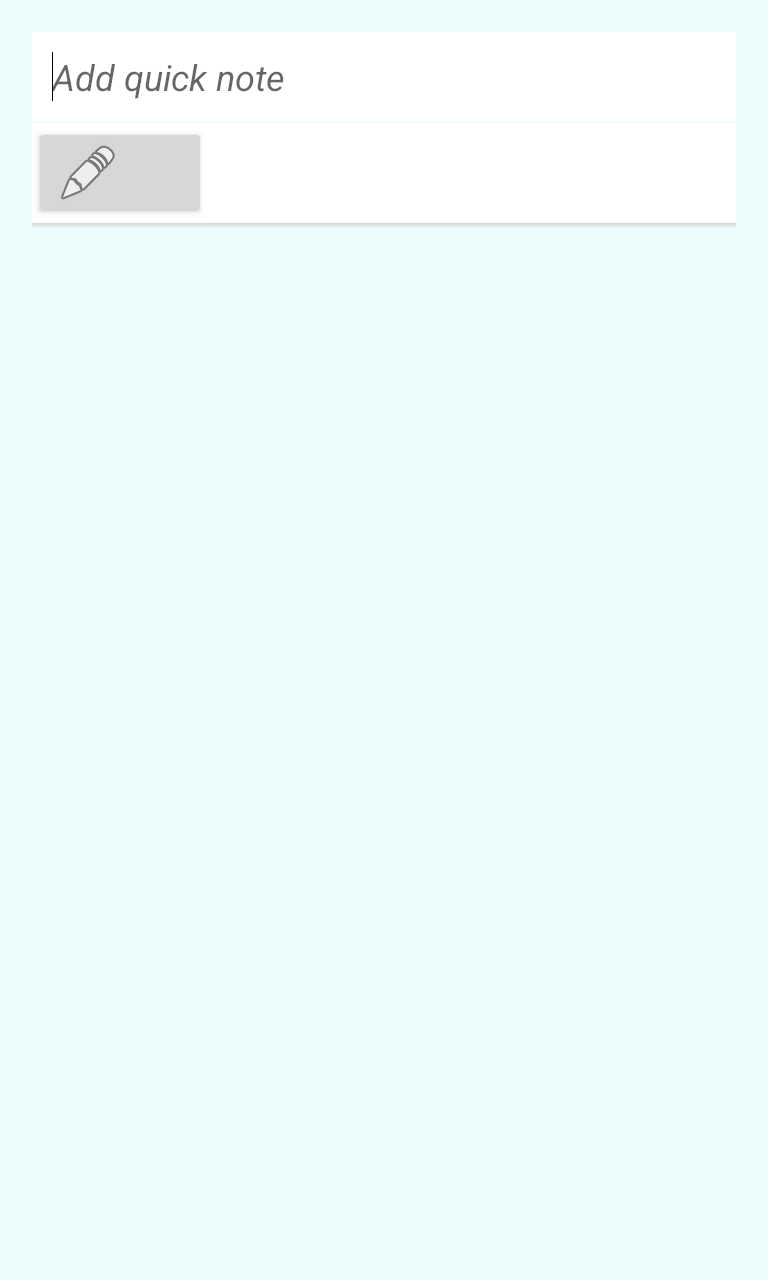
Repository: ishwormali/practices
Layout: Android/GoogleKeep/GoogleKeep/res/layout/fragment_main.xml
An editor plug-in stored every save of this project. The layout is shown before and after the next save, followed by the edit.
It is drawn on a 768 x 1280 px phone screen (xhdpi) without system bars, with theme Theme.Orangeboom; the app's code is not run. The app's manifest (not shown) leaves right-to-left support off. So textAlignment, textDirection and layoutDirection are ignored, and left and right values win over start and end ones.

Above is the layout before, as saved 2014-04-01 07:20:19.

After the next save:
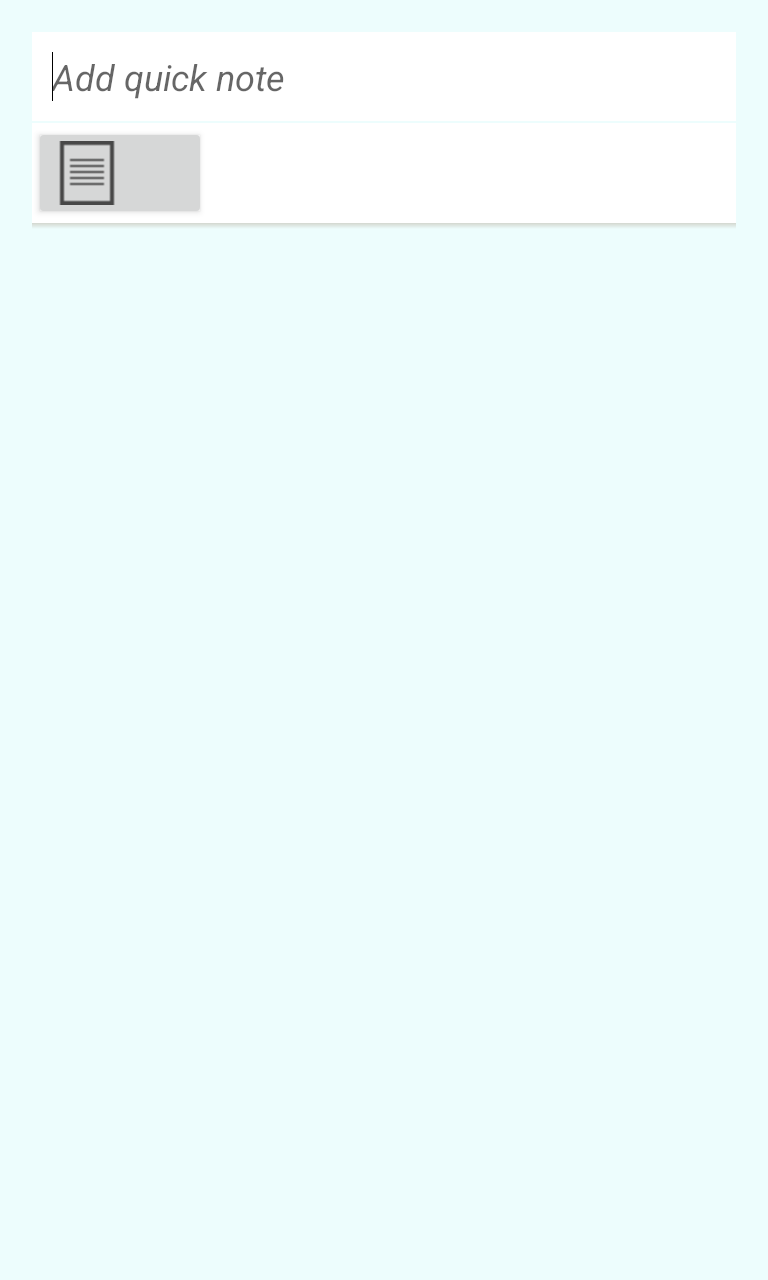
Saved 2 min 22 s later.
--- a/Android/GoogleKeep/GoogleKeep/res/layout/fragment_main.xml
+++ b/Android/GoogleKeep/GoogleKeep/res/layout/fragment_main.xml
@@ -41,7 +41,7 @@ android:background="@color/main_background" />
              >
             <Button android:layout_width="wrap_content"
                 android:layout_height="wrap_content"
-                android:drawableStart="@android:drawable/ic_menu_edit"
+                android:drawableStart="@drawable/ico_linedpaper32"
                 />
         </LinearLayout>
 
